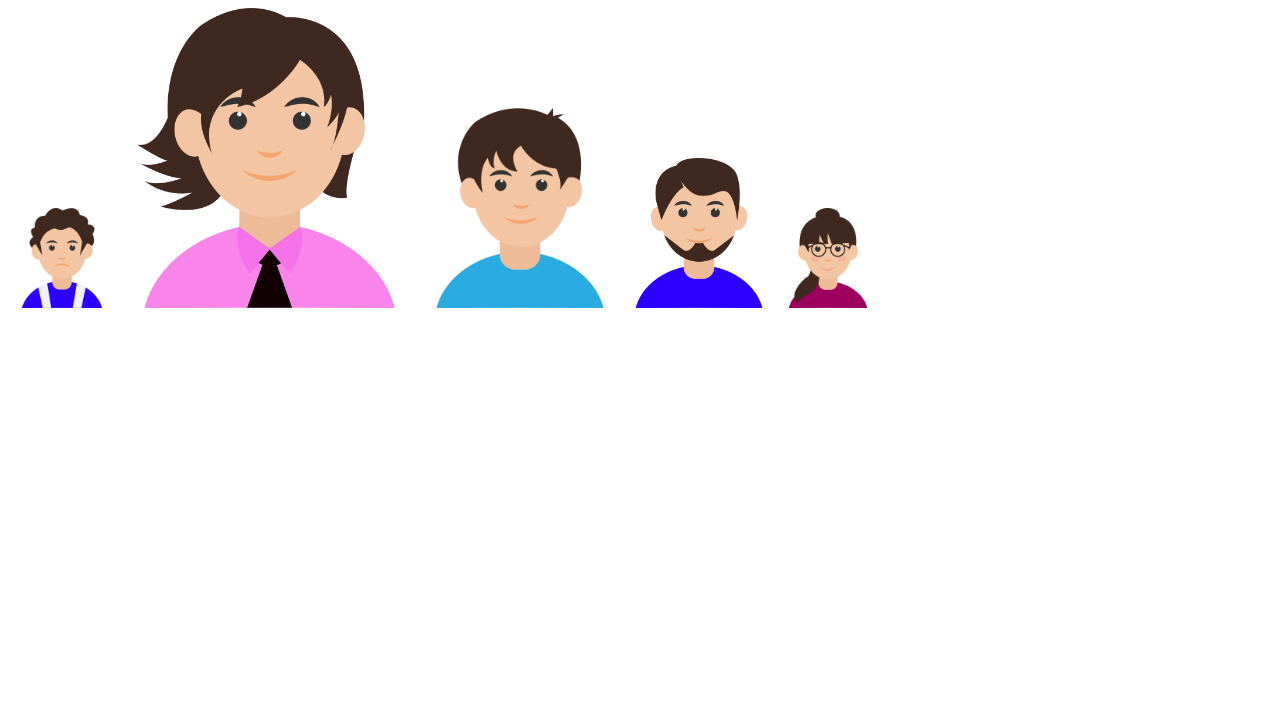
Repository: guswnsdldl/gb
Page: html workspace/e_image/src/main/webapp/image.html
The author's editor kept a copy of each file at every save. The page is drawn from the files as they stood at one save, then again after the next save.
The browser window is 1280 px wide. The pictures show the whole page.

Above is the page before, as saved 2024-08-06 02:07:20.

After the next save:
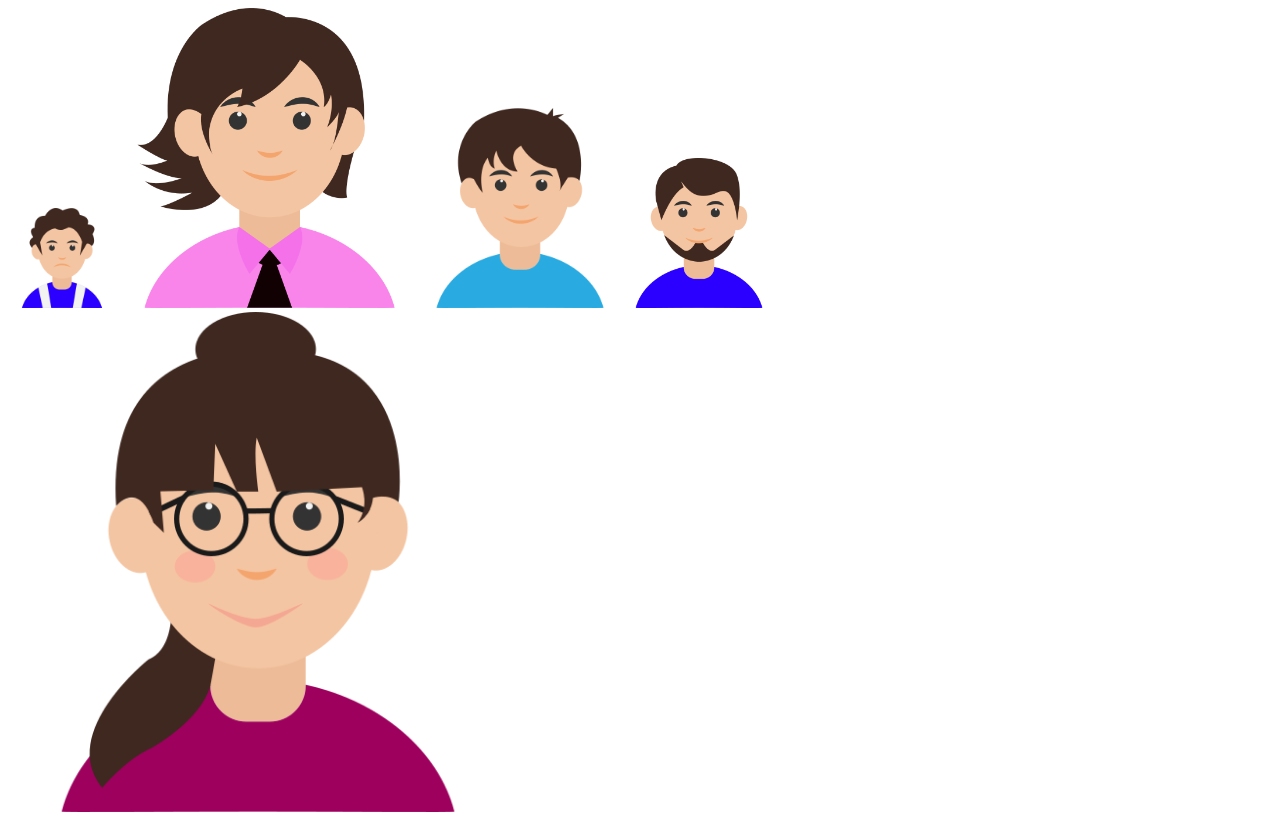
Saved 17 s later.
--- a/html workspace/e_image/src/main/webapp/image.html
+++ b/html workspace/e_image/src/main/webapp/image.html
@@ -11,6 +11,6 @@
 	<img src="images/a/b/icon2.png" width="300">
 	<img src="images/a/icon4.png" width="200">
 	<img src="images/icon5.png" width="150">
-	<img src="c/icon3.png" width="100">
+	<img src="c/icon3.png" width="500">
 </body>
 </html>
